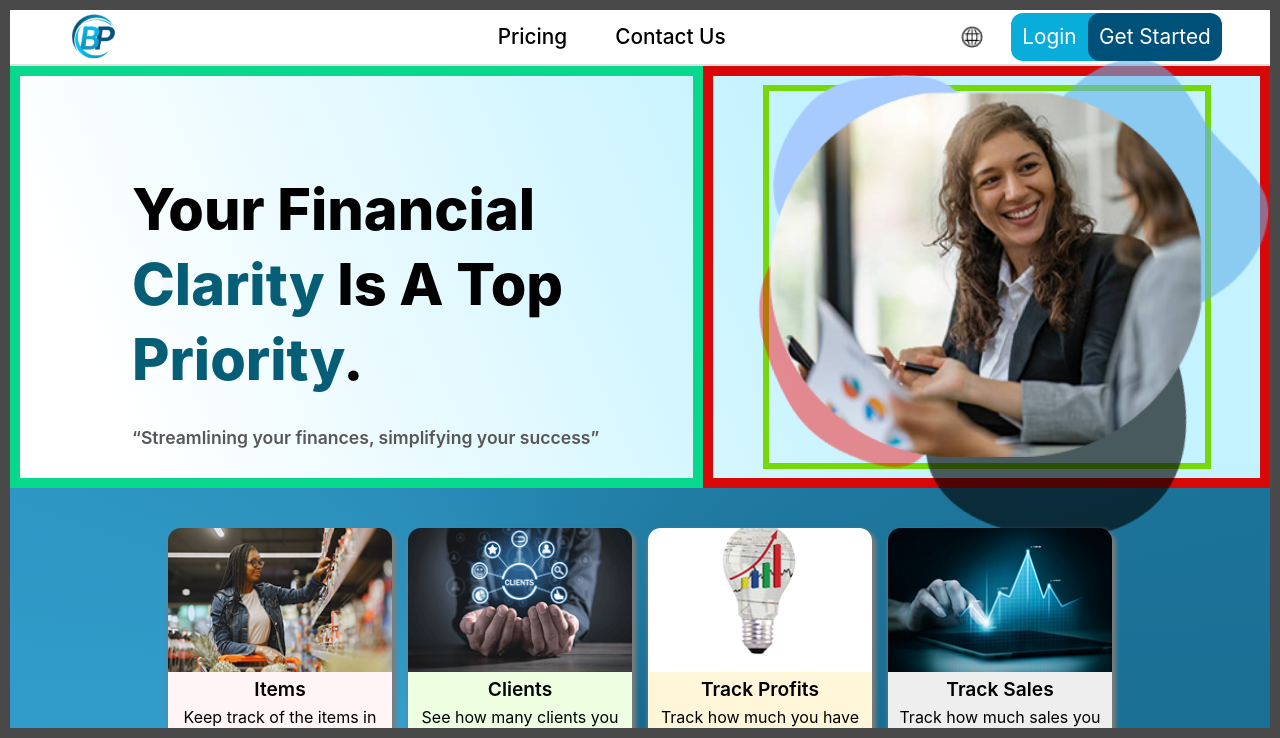
Repository: dark-txch/Bizpadi
Page: /
These files come from the project's save history. The page is drawn as it stood at one moment and after a run of saves; the edit follows.
The browser window is 1280 px wide. The pictures show the whole page.
The project was rebuilt for these pictures with package versions that can differ from the ones it lists, and the page was loaded fresh each time. Also part of the build but not shown: vite.config.js, src/components/ErrorBoundary.jsx, src/components/LandingPage/PricingPage/Pricing.jsx, src/components/LandingPage/LogInPage/LogIn.jsx.

Above is the page before, as saved 2025-04-09 20:00:55.

### index.html
<!DOCTYPE html>
<html lang="en">
	<head>
		<meta charset="UTF-8" />
		<link rel="icon" type="image/svg+xml" href="/public/logo.svg" />
		<meta name="viewport" content="width=device-width, initial-scale=1.0" />
		<title>Bizpadi</title>
	</head>
	<body>
		<div id="root"></div>
		<script type="module" src="/src/main.jsx"></script>
	</body>
</html>

### src/index.css
:root {
	font-family: system-ui, Avenir, Helvetica, Arial, sans-serif;
	line-height: 1.5;
	font-weight: 400;
	font-size: 16px;

	color-scheme: light dark;
	color: black;
	background-color: white;

	font-synthesis: none;
	text-rendering: optimizeLegibility;
	-webkit-font-smoothing: antialiased;
	-moz-osx-font-smoothing: grayscale;
}

* {
	box-sizing: border-box;
	padding: 0;
	margin: 0;
	outline: none;
	border: none;
}

body {
	height: 100vh;
	width: 100vw;

	font-family: "inter", sans-serif;
}

a {
	text-decoration: none;
}

@font-face {
	font-family: "MyCustomFont";
	src: url("/fonts/Inter/Inter-Italic-VariableFont_opsz,wght.ttf")
			format("truetype"),
		url("/fonts/Inter/Inter-VariableFont_opsz,wght.ttf") format("truetype");
	font-weight: normal;
	font-style: normal;
}

### src/App.jsx
import "./components/LandingPage/LandingPage.css";
import { BrowserRouter as Router, Routes, Route } from "react-router-dom";
import ErrorBoundary from "./components/ErrorBoundary";
// Upper imports are very important
import Nav from "./components/LandingPage/Nav";
import PricingPage from "./components/LandingPage/PricingPage/Pricing";
import LogInPage from "./components/LandingPage/LogInPage/LogIn";
import MidSection from "./components/LandingPage/MidSection";
import Footer from "./components/LandingPage/Footer";

function LandingPage() {
	return (
		<>
			<div className="landingPageContainer">
				<Nav />
				<MidSection />
				<Footer />
			</div>
		</>
	);
}

function App() {
	return (
		<Router>
			<Routes>
				<Route path="/" element={<LandingPage />} />
				<Route path="/pricing" element={<PricingPage />} />
				<Route path="/login" element={<LogInPage />} />
			</Routes>
		</Router>
	);
}

export default App;

### src/components/LandingPage/LandingPage.css
/* DESKTOP WORKFLOW ------------------------------------------------- */
/* ------------------------------------------------------------------------------- */
/* THIS IS THE LANDING PAGE CONTAINER */
.landingPageContainer {
	width: 100vw;
	min-height: 100vh;
	overflow: hidden;
	font-family: "Inter", sans-serif;
	display: grid;
	grid-template-rows: 3.5rem 1fr 15rem;

	border: 10px solid rgb(73, 73, 73);
}
/* -------------------------------------------------------------------------------------------- */
/* MEDIA QUERY FOR MOBILE PHONES -------------------------------------- */
@media (max-width: 850px) {
	/* MAIN CONTAINER */
	.landingPageContainer {
		width: 100%;
		height: auto;
		grid-template-rows: 3.5rem 1fr;
	}
}

### src/components/LandingPage/Nav.jsx
import { Link } from "react-router-dom";
import "./Nav.css";

export default function Nav() {
	return (
		<>
			<nav className="homepage-nav">
				{/* LOGO CONTAINER */}
				<div className="logo">
					<img src="/assets/icons/logo.svg" alt="Bizpadi icon" />
				</div>

				{/* PRICING AND CONTACT US CONTAINER */}
				<div className="pricingContact">
					<Link to="/pricing">Pricing</Link>
					<a href="#">Contact Us</a>
				</div>

				{/* LOGIN AND GET STARTED CONTAINER*/}
				<div className="loginGetStarted">
					<img src="/assets/icons/world.png" alt="world" />
					<Link to="/login">Login</Link>
					<a href="#">Get Started</a>
				</div>
			</nav>
		</>
	);
}

### src/components/LandingPage/MidSection.jsx
import "./MidSection.css";

export default function MidSection() {
	return (
		// PARENT CONTAINER
		<div className="midSection">
			{/* SECTION HOUSING THE HEADING AND PARAGRAPH */}
			<section className="sectionMotto">
				<div className="headingParagraph">
					<h1>
						Your financial <span>clarity</span> is a top <span>priority</span>.
					</h1>
					<p>“Streamlining your finances, simplifying your success”</p>
				</div>
			</section>

			{/* This is the images section in the mid section */}
			<section className="sectionImagesParent">
				<div className="ImageChildrenWrapper">
					<img src="/assets/images/smiley.png" alt="smiley" />
					<img src="/assets/images/Vector-black.png" alt="vector-black" />
					<img src="/assets/images/Vector-blue.png" alt="vector-blue" />
					<img src="/assets/images/Vector-orange.png" alt="vector-orange" />
					<img src="/assets/images/Vector.png" alt="vector" />
				</div>
			</section>
		</div>
	);
}

### src/components/LandingPage/Footer.jsx
import "./Footer.css";

export default function Footer() {
	return (
		<div className="footer">
			{/* The section container is the parent to the features */}
			<section className="footerFeaturesParent">
				{/* 2TH CONTAINER */}
				<div className="singleFeatureContainer ">
					<div className="featureImageContainer">
						<img src="/public/assets/images/client-1.png" alt="client-1" />
					</div>
					<div className="items">
						<h1>Items</h1>
						<p>Keep track of the items in your stock, stay ahead.</p>
					</div>
				</div>

				{/* 2TH CONTAINER */}
				<div className="singleFeatureContainer ">
					<div className="featureImageContainer">
						<img src="/public/assets/images/client-2.png" alt="client-2" />
					</div>
					<div className="clients">
						<h1>Clients</h1>
						<p>
							See how many clients you have, build relationship and deliver
							result.
						</p>
					</div>
				</div>

				{/* 3TH CONTAINER */}
				<div className="singleFeatureContainer ">
					<div className="featureImageContainer">
						<img
							src="/public/assets/images/track-profit.png"
							alt="track-profit"
						/>
					</div>
					<div className="trackProfits">
						<h1>Track Profits</h1>
						<p>
							Track how much you have made in profit to know how to increase
							profit.
						</p>
					</div>
				</div>

				{/* 4TH CONTAINER */}
				<div className="singleFeatureContainer">
					<div className="featureImageContainer">
						<img
							src="/public/assets/images/track-sales.png"
							alt="track-sales"
						/>
					</div>
					<div className=" trackSales">
						<h1>Track Sales</h1>
						<p>Track how much sales you have made.</p>
					</div>
				</div>
			</section>
		</div>
	);
}

### src/components/LandingPage/Nav.css
/* ------------------------------------------------------------------------------------ */
/*  THIS IS THE NAV COMPONENT CSS -----------------------------------------*/
.homepage-nav {
	/* height: 3.5rem; */
	display: flex;
	padding: 0 3rem 0;
	font-size: 1.3rem;
	align-items: center;
	justify-content: space-between;
	border-bottom: 2px solid #e1dfdf;
}

/*  NAV CONTAINER CHILDREN */
.homepage-nav .logo {
	/* LOGO CONTAINER */
	display: flex;
	flex: 1;
	align-self: center;
	height: inherit;
}

.homepage-nav .logo img {
	/*  LOGO IMG */
	height: 100%;
	width: auto;
}

.homepage-nav .pricingContact {
	/* PRICING AND CONTACT US CONTAINER */
	display: flex;
	flex: 3;
	justify-content: center;
	gap: 3rem;
	font-weight: 500;
	line-height: 100%;
	letter-spacing: 0%;
}

.homepage-nav .pricingContact a {
	color: black;
	cursor: pointer;
}

.homepage-nav .pricingContact a:hover {
	color: #09adda;
}

.homepage-nav .loginGetStarted {
	/* LOGIN AND GET STARTED CONTAINER*/
	height: 3rem;
	display: flex;
	flex: 1;
	justify-content: end;
	align-items: center;
	gap: 0.7rem;
	color: white;
	border-radius: 12px;
}

.homepage-nav .loginGetStarted img {
	/* LOGIN AND GET STARTED IMAGE */
	height: 1.5rem;
	transform: translate(1rem, 0);
}

.homepage-nav .loginGetStarted a:nth-of-type(1) {
	/* LOGIN BUTTON */
	background-color: #09adda;
	color: inherit;
	height: inherit;
	border-radius: inherit;
	display: flex;
	align-items: center;
	padding: 0 2rem 0 0.7rem;
	transform: translate(2rem, 0);
}

.homepage-nav .loginGetStarted a:nth-of-type(1):hover {
	background-color: #30d2ff;
	color: rgb(0, 0, 0);
}

.homepage-nav .loginGetStarted a:nth-of-type(2) {
	/* THIS IS THE GET STARTED BUTTON*/
	background-color: #00517a;
	display: flex;
	align-items: center;
	white-space: nowrap;
	color: inherit;
	height: inherit;
	border-radius: inherit;
	padding: 0 0.7rem;
	position: relative;
	z-index: 2;
}

.homepage-nav .loginGetStarted a:nth-of-type(2):hover {
	background-color: #012435;
}

/* -------------------------------------------------------------------------------------------- */
/* MEDIA QUERY */
/* -------------------------------------------------------------------------------------------- */
@media (max-width: 850px) {
	.homepage-nav {
		padding: 0 1.5rem 0 0;
	}

	.homepage-nav .pricingContact {
		gap: 1.8rem;
	}
}
/* -------------------------------------------------------------------------------------------- */
/* THE END */
/* -------------------------------------------------------------------------------------------- */

### src/components/LandingPage/MidSection.css
/* -------------------------------------------------------------------------------------------------- */
/* MIDSECTION -------------------------------------------------------------------------------*/
/* HOUSES THE HEADER AND PARAGRAPH */
.midSection {
	display: flex;
	/* flex-grow: 1; */
	width: 100%;
	background: linear-gradient(246.72deg, #c4f3ff 34.96%, #ffffff 90.24%);
}

/* CONTAINER FOR THE HEADING AND PARAGRAPH */
.sectionMotto {
	width: 55%;
	height: 100%;
	min-width: 50%;
	padding: 6rem 2rem 2rem 7rem;

	border: 10px solid rgb(8, 216, 140);
}

.headingParagraph {
	width: 100%;
	height: 100%;
}

.headingParagraph > h1 {
	font-size: clamp(0.8rem, 5vw, 3.6rem);
	font-weight: 800;
	line-height: 130%;
	text-transform: capitalize;
	margin-bottom: 2rem;
}

.headingParagraph > h1 span {
	color: #065d76;
}

.headingParagraph > p {
	font-weight: 600;
	font-size: clamp(0.8rem, 5vw, 1.1rem);
	line-height: 100%;
	letter-spacing: 0%;
	color: #575757;
}

/*PARENT CONTAINER FOR THE MIDSECTION IMAGES*/
.sectionImagesParent {
	height: 100%;
	width: 45%;

	display: flex;
	justify-content: center;
	align-items: center;

	border: 10px solid rgb(216, 8, 8);
}

/* THIS CONTAINER HOUSES ALL THE IMAGES */
.ImageChildrenWrapper {
	width: 28rem;
	height: auto;
	/* width: 100%; */
	position: relative;
	place-self: center;

	border: 6px solid rgb(119, 216, 8);
}

.ImageChildrenWrapper > img:nth-of-type(1) {
	/* SMILEY IMAGE */
	position: relative;
	border-radius: 9.4rem;
	width: 100%;
	height: auto;
	z-index: 999;
}

.ImageChildrenWrapper > img:nth-of-type(2) {
	/* BLACK VECTOR */
	position: absolute;
	width: 16rem;
	height: 16rem;
	top: 6rem;
	right: 2rem;
	transform: translate(1rem, 6rem) rotate(10deg);
}

.ImageChildrenWrapper > img:nth-of-type(3) {
	/* EGG LIGHT BLUE VECTOR */
	position: absolute;
	width: 13rem;
	height: 13rem;
	top: -3rem;
	right: 9rem;
	transform: translate(-5rem, 2rem);
}

.ImageChildrenWrapper > img:nth-of-type(4) {
	/*ORANGE VECTOR*/
	position: absolute;
	width: 11rem;
	height: 16rem;
	top: 1rem;
	right: 8.3rem;
	transform: translate(-8rem, 7rem) rotate(-15deg);
}

.ImageChildrenWrapper > img:nth-of-type(5) {
	/* BLUE VECTOR TOP RIGHT*/
	position: absolute;
	width: 16rem;
	height: 16rem;
	top: -5rem;
	right: 0;
	transform: translate(4em, 3rem) rotate(2deg);
}

/* -------------------------------------------------------------------------------------------- */
/* MEDIA QUERY */
/* -------------------------------------------------------------------------------------------- */
@media (max-width: 850px) {
	/* HOUSES THE HEADER AND PARAGRAPH */
	.midSection {
		width: 100vw;
		flex-direction: column;
		padding: 0 2rem 0;

		border: 4px solid rgb(25, 0, 255);
	}

	/* CONTAINER FOR THE HEADING AND PARAGRAPH */
	.sectionMotto {
		width: 100%;
		min-height: 30rem;
		display: flex;
		justify-content: center;
		align-items: center;
		text-align: center;
		padding: 8rem 0;
		margin-bottom: 3rem;

		border: 2px solid rgb(33, 34, 33);
	}

	.headingParagraph > h1 {
		font-size: 4rem;
	}

	.headingParagraph > p {
		font-size: 1.3rem;
	}

	/*PARENT CONTAINER FOR THE MIDSECTION IMAGES*/
	.sectionImagesParent {
		width: 100%;
		display: flex;
		justify-content: center;
		margin-bottom: 5rem;

		border: 10px solid rgb(216, 8, 8);
	}

	.ImageChildrenWrapper {
		border: 2px solid yellow;

		width: 40rem;
	}
}
/* -------------------------------------------------------------------------------------------- */
/* THE END */
/* -------------------------------------------------------------------------------------------- */

### src/components/LandingPage/Footer.css
/* -------------------------------------------------------------------------------------------- */
/* FOOTER */
/* -------------------------------------------------------------------------------------------- */
.footer {
	width: 100%;
	height: 100%;
	display: flex;
	justify-content: center;
	padding: 2rem;
	background: conic-gradient(
		from 164.13deg at 41.58% 79.97%,
		#115e80 0deg,
		#3db3e6 3.6deg,
		#115e80 360deg
	);
}

/* FEATURE PARENT CONTAINER*/
.footerFeaturesParent {
	width: 100%;
	height: 20rem;
	display: flex;
	justify-content: center;
	align-items: center;
	gap: 1rem;
	flex-wrap: nowrap;
	z-index: 999;
}

/* CONTAINER FOR THE FEATURES */
.singleFeatureContainer {
	width: 14rem;
	height: 19rem;
	display: flex;
	flex-direction: column;
	border-radius: 0.8rem;
	text-align: center;
	letter-spacing: 0%;
	box-shadow: 2px 4px 4px 2px #7d7d7d;
	overflow: hidden;
}

/* CONTAINER FOR THE IMAGES */
.featureImageContainer {
	height: 9rem;
	flex: 0 0 auto;
}
.featureImageContainer img {
	width: 100%;
	height: 100%;
}

.items,
.clients,
.trackProfits,
.trackSales {
	flex: 1 1 auto;
}

.singleFeatureContainer h1 {
	font-weight: 600;
	font-size: clamp(0.8rem, 5vw, 1.2rem);
	line-height: 100%;
	margin-top: 0.5rem;
}

.singleFeatureContainer p {
	font-weight: 400;
	font-size: clamp(0.8rem, 5vw, 1rem);
	line-height: 130%;
	padding: 0 10px 0;
	margin-top: 0.5rem;
}

/* SEPERATE COLOURS FOR EACH CONTAINER */
.items {
	background-color: #fff5f6;
}
.clients {
	background-color: #eeffe1;
}
.trackProfits {
	background-color: #fff6da;
}
.trackSales {
	background-color: #eeeeee;
}
/* -------------------------------------------------------------------------------------------- */
/* MEDIA QUERY */
/* -------------------------------------------------------------------------------------------- */
@media (max-width: 850px) {
	.footer {
		height: auto;
		padding: 5rem 0;
	}

	/* FEATURE PARENT CONTAINER*/
	.footerFeaturesParent {
		height: auto;
		flex-direction: column;
		gap: 5rem;
	}

	/* CONTAINER FOR THE FEATURES */
	.singleFeatureContainer {
		width: 27rem;
		height: 30rem;
		border-radius: 4rem;
	}

	.featureImageContainer {
		height: 18rem;
	}

	.items,
	.clients,
	.trackProfits,
	.trackSales {
		flex: 1 1 auto;
		padding: 0 2rem;
	}

	.singleFeatureContainer h1 {
		font-size: clamp(0.8rem, 5vw, 2rem);
		padding: 1.5rem 0 1rem;
	}

	.singleFeatureContainer p {
		font-size: clamp(0.8rem, 5vw, 1.1rem);
	}
	/* -------------------------------------------------------------------------------------------- */
	/* THE END */
	/* -------------------------------------------------------------------------------------------- */
}

Loaded but not shown: src/main.jsx (common file)

After the next 2 saves:
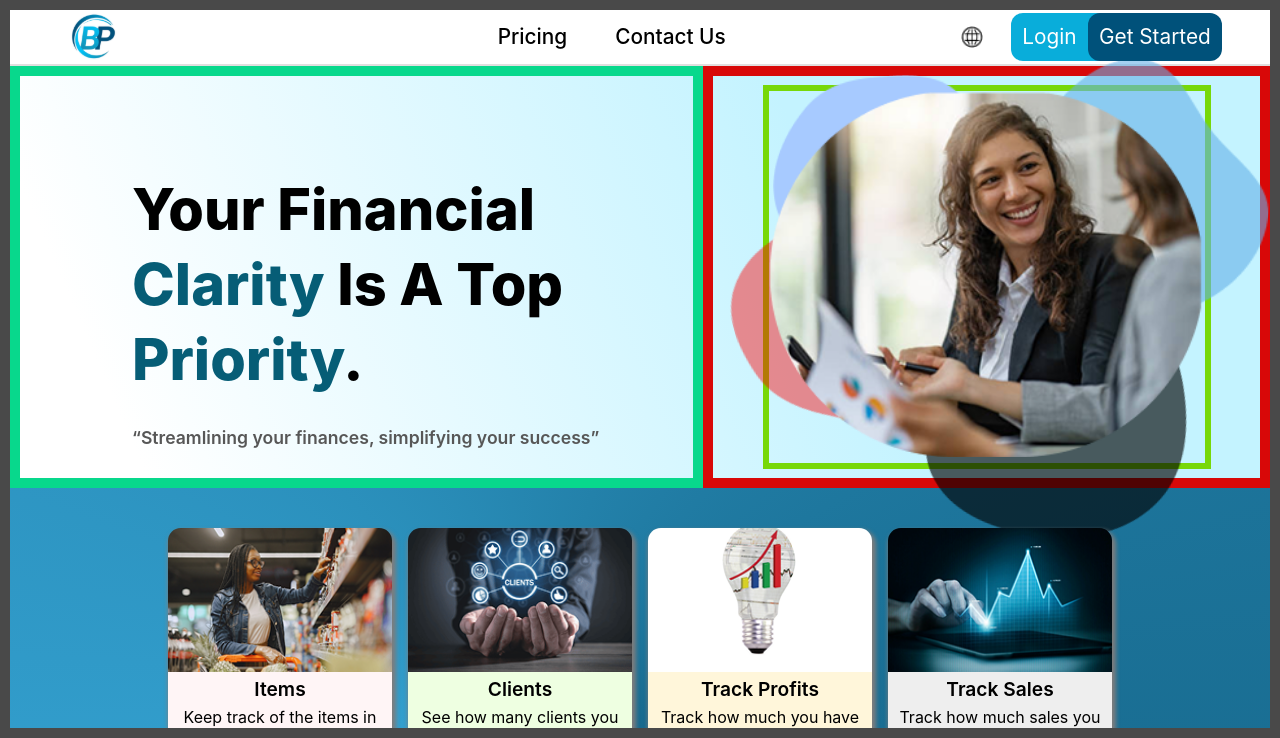
The 2 saves are shown as one change because they came seconds apart.
The last was saved 8 s later.
--- a/src/components/LandingPage/MidSection.css
+++ b/src/components/LandingPage/MidSection.css
@@ -98,8 +98,8 @@
 .ImageChildrenWrapper > img:nth-of-type(4) {
 	/*ORANGE VECTOR*/
 	position: absolute;
-	width: 11rem;
-	height: 16rem;
+	width: 13rem;
+	height: 13rem;
 	top: 1rem;
 	right: 8.3rem;
 	transform: translate(-8rem, 7rem) rotate(-15deg);
